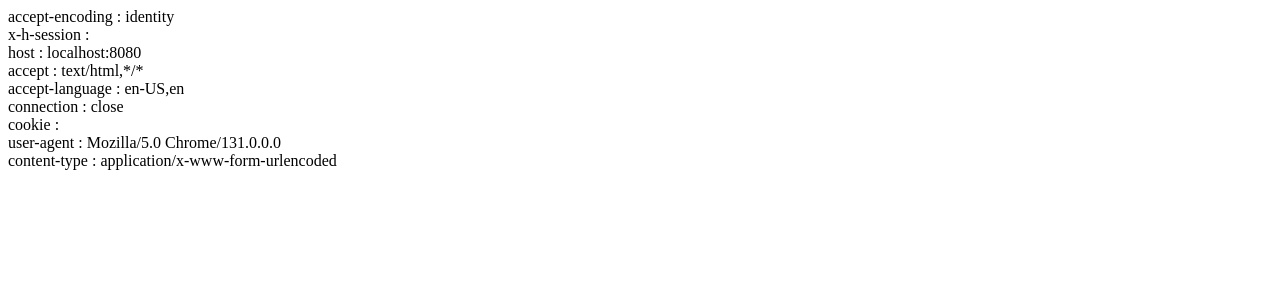
Repository: pojh5090/JspProgramming
Page: http://localhost/JSPBook/ch05/request03.jsp
The author's editor kept a copy of each file at every save. The page is drawn from the files as they stood at one save, then again after the next save.
The browser window is 1280 px wide. The pictures show the whole page.
The page is served by Tomcat 9.

Above is the page before, as saved 2020-04-09 04:41:58.

After the next save:
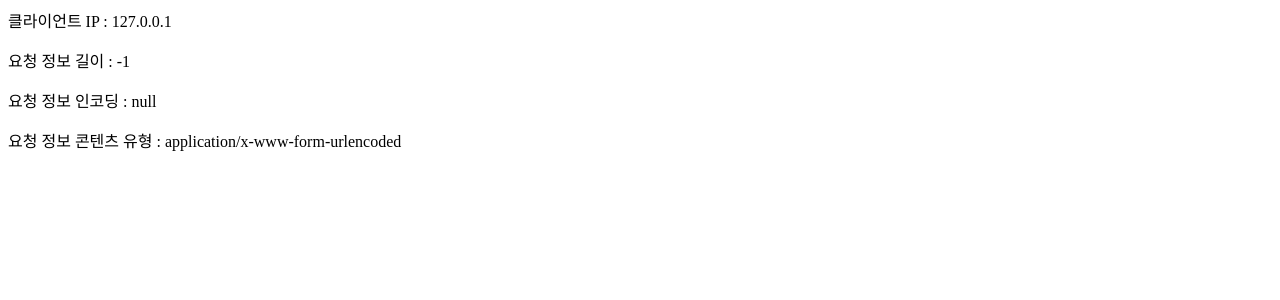
Saved 3 min 12 s later.
--- a/JSPBook/WebContent/ch05/request03.jsp
+++ b/JSPBook/WebContent/ch05/request03.jsp
@@ -8,15 +8,9 @@
 <title>Implicit Objects</title>
 </head>
 <body>
-	<%
-		Enumeration en = request.getHeaderNames();
-		while (en.hasMoreElements()) {
-			String headerName = (String) en.nextElement();
-			String headerValue = request.getHeader(headerName);
-	%>
-	<%=headerName %> : <%=headerValue %><br>
-	<%
-		}
-	%>
+	<p>클라이언트 IP : <%=request.getRemoteAddr() %></p>
+	<p>요청 정보 길이 : <%= request.getContentLength() %></p>
+	<p>요청 정보 인코딩 : <%= request.getCharacterEncoding() %></p>
+	<p>요청 정보 콘텐츠 유형 : <%= request.getContentType() %></p>
 </body>
 </html>
